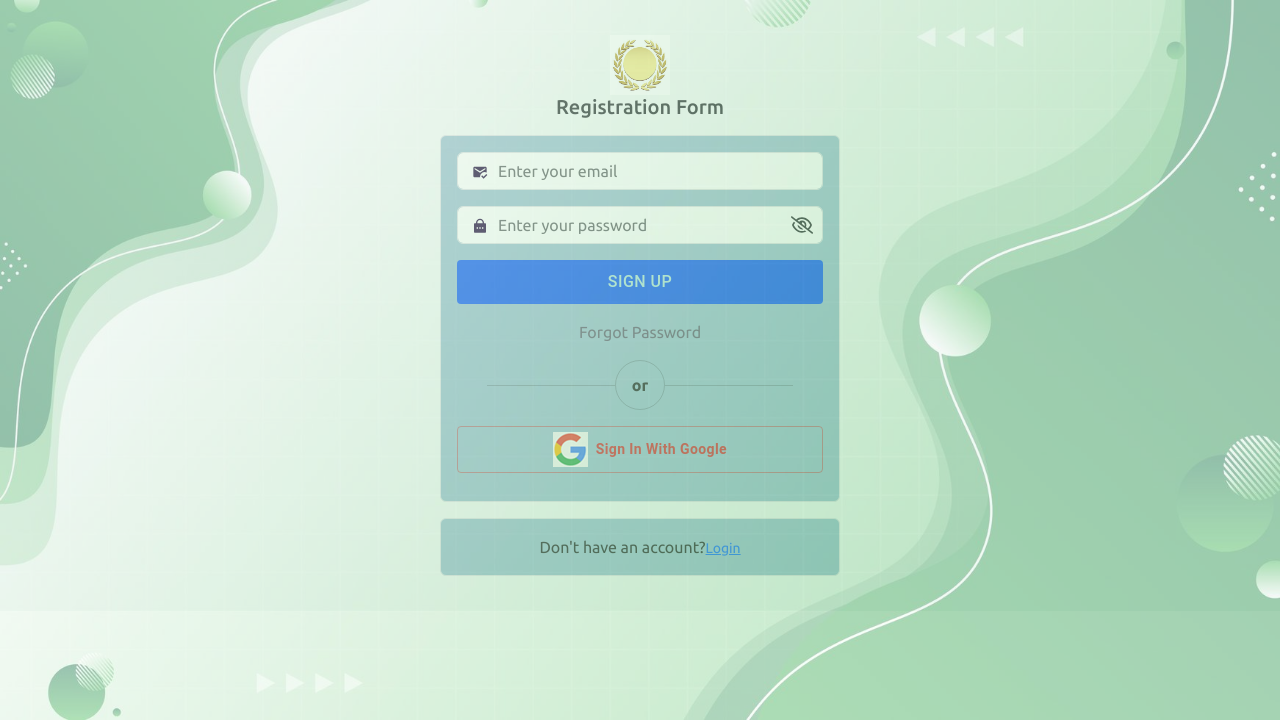
Repository: gautamsonam011/admin-react-dashboard
Page: /signup
These files come from the project's save history. The page is drawn as it stood at one moment and after the next save; the edit follows.
The browser window is 1280 px wide. The pictures show the whole page.
The project was rebuilt for these pictures with package versions that can differ from the ones it lists, and the page was loaded fresh each time. Also part of the build but not shown: src/components/DashboardBox.jsx, src/pages/Dashboard/Dashboard.jsx, src/pages/Login/index.jsx.

Above is the page before, as saved 2025-04-26 21:28:20.

### src/App.css
@import url('https://fonts.googleapis.com/css2?family=Ubuntu:ital,wght@0,300;0,400;0,500;0,700;1,300;1,400;1,500;1,700&display=swap');

body{
  font-family: "Ubuntu", sans-serif !important;
  background-color: #f4f8f7;

}

header{
  width:100%;
  height: 70px;
  background-color:#62bebe;
  position: fixed;
  top:0px;
  left:0px;
  z-index: 1000;
}
header .logo{
  text-decoration: none;
}
header .logo img{
  margin-top: 10px;
  width:45px;

}

header .logo span{
color: coral;
font-weight: bolder;
font-size: 24px;
}
header button.rounded-circle{min-width:40px !important; width:40px !important; height: 40px !important; background-color:#0ff7d8 !important; margin: 15px;}
header button.rounded-circle svg{color:rgb(29, 27, 27); font-size: 25px !important; transition: all 0.2s ease-in-out;}
header button.rounded-circle:hover svg{color: #2585d4 !important;}
.searchBox{width:400px; height: 40px; background-color:#faf9f9; border-radius: 6px;padding: 3px 15px;}
.searchBox input{background: transparent;border:0px; outline:none; padding-left: 5px; font-size: 15px; color:#292929}
.searchBox input::-webkit-input-placeholder{color:#292929}
.searchBox svg{font-size: 18px; color:#292929 ;}

.userImg{display: flex; align-items:center; justify-content: center; overflow: hidden; width:40px; height: 40px; border:1px solid #0ff7d8; padding: 2px; border-radius: 100%;}
.userImg .rounded-circle{display: flex; align-items:center; justify-content: center; overflow: hidden; width: 40px; height: 40px; cursor: pointer; position: relative;}
.userImg .rounded-circle .img{object-fit: cover; width: 100%;}
.userInfo{padding-left: 10px;}
.userInfo h5{font-size: 15px; font-weight: 600; margin-bottom:0px; color: #266666;}

#account-menu li{font-size: 14px !important;}
#account-menu li svg{font-size: 20px !important}

.dropdown-info{padding-left: 6px;}
.dropdown-info h4{font-size: 15px; font-weight:600;margin-top: 2px; white-space: break-space; line-height: 21px;}
.dropdown-info p{font-size: 10px; color: #2585d4;}


/* Style for sidebar  */

.main .sidebarWrapper{width: 20%; flex: 0 0 20%; transition: all 0.3s ease-in-out;}
.main .sidebarWrapper.toggle{width: 0%; flex: 0 0 0%;}
.btn-signin{padding: 7px 20px !important; background:#266666 !important; color: #f4f8f7 !important; font-weight: bold !important; border-radius:20px !important;}
.main .sidebarWrapper .sidebar{width:20%; height: 100vh; max-height: calc(100%-70px); position:fixed; top: 70px; left:0px; background:#b1e4dd; overflow-y: scroll; overflow-x: hidden; padding-bottom: 40px; transition: all 0.3s ease-in-out;}
.main .sidebarWrapper.toggle .sidebar{left:-100%;}

.main .sidebarWrapper .sidebar::-webkit-scrollbar-thumb{background: transparent !important; width:3px;}
.main .sidebarWrapper:hover .sidebar::-webkit-scrollbar{ background:#2585d4; width:3px;}
.main .sidebarWrapper .sidebar ul{margin-bottom:0px;}
.main .sidebarWrapper .sidebar ul li{list-style: none; margin-top:10px;}
.main .sidebarWrapper .sidebar ul li button{color:#266666; text-align: left; justify-content: left; border-radius:0px !important; padding: 12px 15px !important;
  align-items: center; text-transform: capitalize !important;font-family: "Ubuntu", sans-serif !important;
  margin-left: 0px; font-size: 15px !important;
}
.main .sidebarWrapper .sidebar ul li button .icon{display: flex; align-items:center; justify-content: center; width:25px; height:25px; margin-right: 10px;}
.main .sidebarWrapper .sidebar ul li button .icon svg{color:#292929; opacity: 0.8; font-size: 22px;}
.main .sidebarWrapper .sidebar ul li button .arrow{margin-left: auto; display: flex; align-items: center; justify-content: center; width: 25px; transition: all 0.3s ease-in-out}
.main .sidebarWrapper .sidebar ul li button:hover{background:#62bebe !important;}
.main .sidebarWrapper .sidebar ul li button.active{background: #62bebe !important;}
.main .sidebarWrapper .sidebar ul li button.active .arrow{transform: rotate(90deg);}

.main .sidebarWrapper .sidebar ul .submenu{padding: 0px 45px; position:relative; height:auto;}
.main .sidebarWrapper .sidebar ul .submenu::before{content:''; width:1px; height: 95%; position: absolute; top:0px; left:25px; background:rgba(0, 0, 0, 0.1);}
.main .sidebarWrapper .sidebar ul .submenu li{width:100%; list-style: none;}
.main .sidebarWrapper .sidebar ul .submenu li a{color:#266666 !important; text-decoration: none; font-family: "Ubuntu", sans-serif !important;
display: block; padding: 6px 0px; font-size: 14px !important; font-weight: 500; transition:all 0.3s}
.main .sidebarWrapper .sidebar ul .submenu li a:hover{color:#2585d4 !important;}

.main .sidebarWrapper .sidebar ul .submenuWrapper{transition:all 0.3s ease-in-out; height: 0px; overflow: hidden; }
.main .sidebarWrapper .sidebar ul .submenuWrapper.colapsed .submenu{opacity:0;}

.main .sidebarWrapper .sidebar ul .submenuWrapper.colapse{height:auto; overflow: inherit;}
.main .sidebarWrapper .sidebar ul .submenuWrapper.colapse .submenu{opacity:1; height:auto;}

.logoutWrapper{padding: 0px 25px;}
.logoutWrapper .logoutBox{width:100%; height:100px; padding: 25px; background:#bcd2fd; border-radius:10px; margin-bottom:20px; display:flex; align-items: center; justify-content: center;
position:relative; overflow:hidden;}
.logoutWrapper .logoutBox::before{content:''; width:50px; height:50px; background:#266666; border-radius: 100%; position:absolute; top: -20px; right: 30px; opacity:0.5}
.logoutWrapper .logoutBox::after{content:''; width:30px; height:30px; background:#266666; border-radius: 100%; position:absolute; top: -30px; left: 30px; opacity:0.5}
.logoutWrapper .logoutBox button{font-size:14px !important; font-weight: 600 !important; }
.logoutWrapper .logoutBox button svg{margin-right: 15px; font-size:18px;}

.main .content{width:80%; flex: 0 0 80%; transition: all 0.3s ease-in-out;}
.main .content.toggle{width:100%; flex: 0 0 100%;}

.dashboardBoxWrapperRow{margin-left: 20%;}
.right-content{padding: 90px 30px;}
.dashboardBoxWrapper{gap: 15px; width:100%; flex-wrap: wrap;}
.dashboardBoxWrapper .dashboardBox{width:48%; height: 170px; border-radius:10px; overflow: hidden; padding:20px; display: flex; flex-direction: column; justify-content: space-around; text-align: left !important; justify-content: flex-start;}
.dashboardBoxWrapperRow .box{width:100%; height: 100%; background:#0ff7d8;}

.dashboardBoxWrapper .dashboardBox .col1 h4{font-size: 20px; font-weight: 600;}
.dashboardBoxWrapper .dashboardBox .col1 span{font-size: 40px; font-weight: bold;}
.dashboardBoxWrapper .dashboardBox .icon { margin-left: 180px; display: flex; align-items:center; justify-content: center; width:45px; height: 45px; border-radius:5px; background-image: linear-gradient(to bottom right, rgba(0, 0, 0, 0), rgba(0, 0, 0, 0.2));}
.dashboardBoxWrapper .dashboardBox .icon svg{font-size: 45px; opacity: 0.1; color:#f4f8f7}

.dashboardBoxWrapper .dashboardBox button.toggleIcon {font-size: 22px; color:rgba(0,0,0,0.5); cursor: pointer; min-width: 40px !important; width: 40px !important; height: 40px !important; border-radius: 50% !important; margin-left: 170px; border-right: none; opacity: 0.3;}

.dashboardBoxWrapperRow .dashboardBoxWrapper .dashboardBox .chart{position:absolute; opacity: 0.1;}
.dashboardBoxWrapperRow .dashboardBoxWrapper .dashboardBox .chart svg{font-size: 150px; color: #000;}

/*  style for Login page */

.loginSection{
  width: 100%; height: 120hv; padding: 35px 25px;
  background:#f4f8f7; position: relative;
}
.loginbgimage{width:100%; height: 100%; opacity: 0.4; position: fixed; top: 0; left: 0; z-index: 99; pointer-events: none;}
.loginSection .loginBox{width: 400px; height: auto; margin: auto;}
.loginSection .loginBox .wrapper{width:100%; height: auto; background: #98becf;}
.full{max-width: 100% !important; flex: 0 0 100% !important; width: 100% !important;}
.loginSection .loginBox .wrapper .form-control{box-shadow: none !important; outline: none !important; padding-left: 40px;}
.loginSection .loginBox .wrapper .form-control:focus{border: 1px solid #0858f7 !important;}
.loginSection .loginBox .wrapper .form-group .icon{position: absolute; top: 6px; left: 15px; z-index: 100;}
.loginSection .loginBox .wrapper .form-group.focus .icon svg{color:#0858f7 !important;}
.loginSection .loginBox .wrapper .form-group .icon svg{color:#5e5d72;}
.toggleShowPassword{position: absolute; top: 5px; right: 10px; cursor: pointer;}
.toggleShowPassword svg{font-size: 22px;}
.btn-big{padding: 8px 25px !important; background:#0858f7 !important; color:#b1e4dd !important; font-size: 16px !important;}
.forgotPassword{color: #5e5d72; text-decoration: none;}
.forgotPassword:hover{color:#0858f7 !important;}
.loginSection .loginBox .wrapper .link{font-size: 14px;}
.loginSection .loginBox .wrapper .or span.line{display: block; width: 35%; height: 1px; background: rgba(0, 0, 0, 0.2);}
.loginSection .loginBox .wrapper .or span.txt{display: flex; align-items: center; justify-content: center; font-size: 16px; font-weight: 600; width: 50px; height: 50px; border: 1px solid rgba(0, 0, 0, 0.2); border-radius: 50%;}
.loginSection .loginBox .wrapper .form-group{margin-bottom: 12px;}
.loginwithGoogle{text-transform: capitalize !important; font-weight: bold !important;}
/* Registration Form */
.signupSection{}

### src/components/Sidebar/index.jsx
import Button from '@mui/material/Button';
import { RiDashboardLine } from "react-icons/ri";
import { IoIosArrowForward } from "react-icons/io";
import { TbBrandProducthunt } from "react-icons/tb";
import { TiShoppingCart } from "react-icons/ti";
import { MdOutlineMessage } from "react-icons/md";
import { IoNotifications } from "react-icons/io5";
import { MdOutlineSettings } from "react-icons/md";
import { Link } from 'react-router-dom';
import React, { useState} from "react";
import { RiLogoutCircleRLine } from "react-icons/ri";
// import { MyContext } from '../../App';

const Sidebar = () =>{
    const [activeTab, setActiveTab] = useState(0);
    const [isToggleSubmenu, setIsToggleSubmenu] = useState(false);

    // const context = useContext(MyContext);

    const isOpenSubmenu = (index) =>{
        setActiveTab(index);
        setIsToggleSubmenu(!isToggleSubmenu);


    }

    return(
        <div className="sidebar">
            <ul>
                <li>
                    <Link to="/">
                    <Button className={`w-100 ${activeTab === 0 ? 'active' : ''}`} onClick={()=>isOpenSubmenu(0)}>
                        <span className='icon'><RiDashboardLine/></span>
                        Dashboard
                        <span className="arrow"><IoIosArrowForward/></span>
                    </Button>
                    </Link>
                </li>
                <li>
                    <Button className={`w-100 ${activeTab === 1 && isToggleSubmenu===true ?  'active' : ''}`} onClick={()=>isOpenSubmenu(1)}>
                        <span className='icon'><TbBrandProducthunt/></span>
                        Products
                        <span className="arrow"><IoIosArrowForward/></span>
                    </Button>
                    <div className={`submenuWrapper ${activeTab===1 && isToggleSubmenu===true ? 'colapse':'colapsed'}`}>
                    <ul className='submenu'>
                        <li><Link to="#">Product Add</Link></li>
                        <li><Link to="#">Product List</Link></li>
                        <li><Link to="#">Product View</Link></li>
                    </ul>
                    </div>
                </li>
                <li>
                    <Link to="/">
                    <Button className={`w-100 ${activeTab === 2 ? 'active' : ''}`} onClick={()=>isOpenSubmenu(2)}>
                        <span className='icon'><TiShoppingCart/></span>
                        Orders
                        <span className="arrow"><IoIosArrowForward/></span>
                    </Button>
                    </Link>
                </li>
                <li>
                    <Link to="/">
                    <Button className={`w-100 ${activeTab === 3 ? 'active' : ''}`} onClick={()=>isOpenSubmenu(3)}>
                        <span className='icon'><MdOutlineMessage/></span>
                        Messages
                        <span className="arrow"><IoIosArrowForward/></span>
                    </Button>
                    </Link>
                </li>
                <li>
                    <Link to="/">
                    <Button className={`w-100 ${activeTab === 4 ? 'active' : ''}`} onClick={()=>isOpenSubmenu(4)}>
                        <span className='icon'><IoNotifications/></span>
                        Notifications
                        <span className="arrow"><IoIosArrowForward/></span>
                    </Button>
                    </Link>
                </li>
                <li>
                    <Link to="/">
                    <Button className={`w-100 ${activeTab === 5 ? 'active' : ''}`} onClick={()=>isOpenSubmenu(5)}>
                        <span className='icon'><MdOutlineSettings /></span>
                        Settings
                        <span className="arrow"><IoIosArrowForward/></span>
                    </Button>
                    </Link>
                </li>
            </ul>
            <br/>
            <div className="logoutWrapper">
                <div className="logoutBox">
            <Button variant="outlined"> <RiLogoutCircleRLine/>Logout</Button>
            </div>
            </div>
        </div>
    )
}

export default Sidebar

### src/pages/SignUp/index.jsx
import logo from '../../assests/images/logo.jpg';
import bgImage from '../../assests/bg.jpg';

import { MyContext } from '../../App';
import { useContext, useEffect, useState } from 'react';
import { MdMarkEmailRead } from "react-icons/md";
import { RiLockPasswordFill } from "react-icons/ri";
import { FaRegEyeSlash } from "react-icons/fa6";
import { FaEye } from "react-icons/fa";
import Button from '@mui/material/Button';
import { Link } from 'react-router-dom';
import google from "../../assests/images/google.png";

const SignUp = () => {
    const context = useContext(MyContext);
    const [inputIndex, setInputIndex] = useState(null);
    const [isShowPassword, setisShowPassword] = useState(false);
    const focusInput = (index) => {
        setInputIndex(index);
    }

    useEffect(() => {
        context.setisHideSidebarHeader(true);
    }, []);

    return (
        <>
            <img src={bgImage} className='loginbgimage' alt="bgimage" />
            <section className="loginSection signupSection">

                <div className="loginBox">
                    <div className="loginLogo text-center">
                        <img src={logo} alt="Logo" width="60px" />
                        <h5 className='font-weight-bold'>Registration Form</h5>
                    </div>

                    <div className='wrapper mt-3 card border p-3'>
                        <form>
                            <div className={`form-group mb-3 position-relative ${inputIndex === 0 && 'focus'}`}>
                                <span className="icon"><MdMarkEmailRead /></span>
                                <input type="email" className='form-control' placeholder='Enter your email' onFocus={() => focusInput(0)} onBlur={() => setInputIndex(null)} />
                            </div>
                            <div className={`form-group mb-3 position-relative ${inputIndex === 1 && 'focus'}`}>
                                <span className="icon"><RiLockPasswordFill /></span>
                                <input type={`${isShowPassword === true ? 'text' : 'password'}`} className='form-control' placeholder='Enter your password' onFocus={() => focusInput(1)} onBlur={() => setInputIndex(null)} />
                                <span className="toggleShowPassword" onClick={() => setisShowPassword(!isShowPassword)}>
                                    {
                                        isShowPassword === true ? <FaEye /> : <FaRegEyeSlash />
                                    }

                                </span>
                            </div>
                            <div className='form-group'>
                                <Button className="btn-lg w-100 btn-big">Sign Up</Button>
                            </div>
                            <div className='form-group text-center mt-3'>
                                <Link to={'forgot-password'} className="forgotPassword">Forgot Password</Link>
                                <div className='d-flex align-items-center justify-content-center or mt-3 mb-3'>
                                    <span className='line'></span>
                                    <span className='txt'>or</span>
                                    <span className='line'></span>
                                </div>

                                <Button variant="outlined" color="error" className='w-100 btn-lg loginwithGoogle'><img src={google} /> &nbsp; Sign In with Google</Button>
                            </div>
                        </form>
                    </div>
                    <div className='wrapper mt-3 card border p-3 footer'>
                        <span className='text-center'>
                            Don't have an account?
                            <Link to={'/login'} className='link color ml-2'>Login</Link>
                        </span>
                    </div>
                </div>
            </section>
        </>
    )
}
export default SignUp;

### src/components/SearchBox.jsx
import { FaSearch } from "react-icons/fa";

const SearchBox = () =>{
    return (
        <div className="searchBox position-relative d-flex align-items-center">
            <FaSearch className="mr-2" />
            <input type="text" placeholder="Search here"  />
        </div>
    )
}

export default SearchBox;

Loaded but not shown: public/index.html (common file); src/index.js (common file); src/reportWebVitals.js (common file); src/App.js (59 lines, source omitted); src/components/Header/index.jsx (239 lines, source omitted)

After the next save:
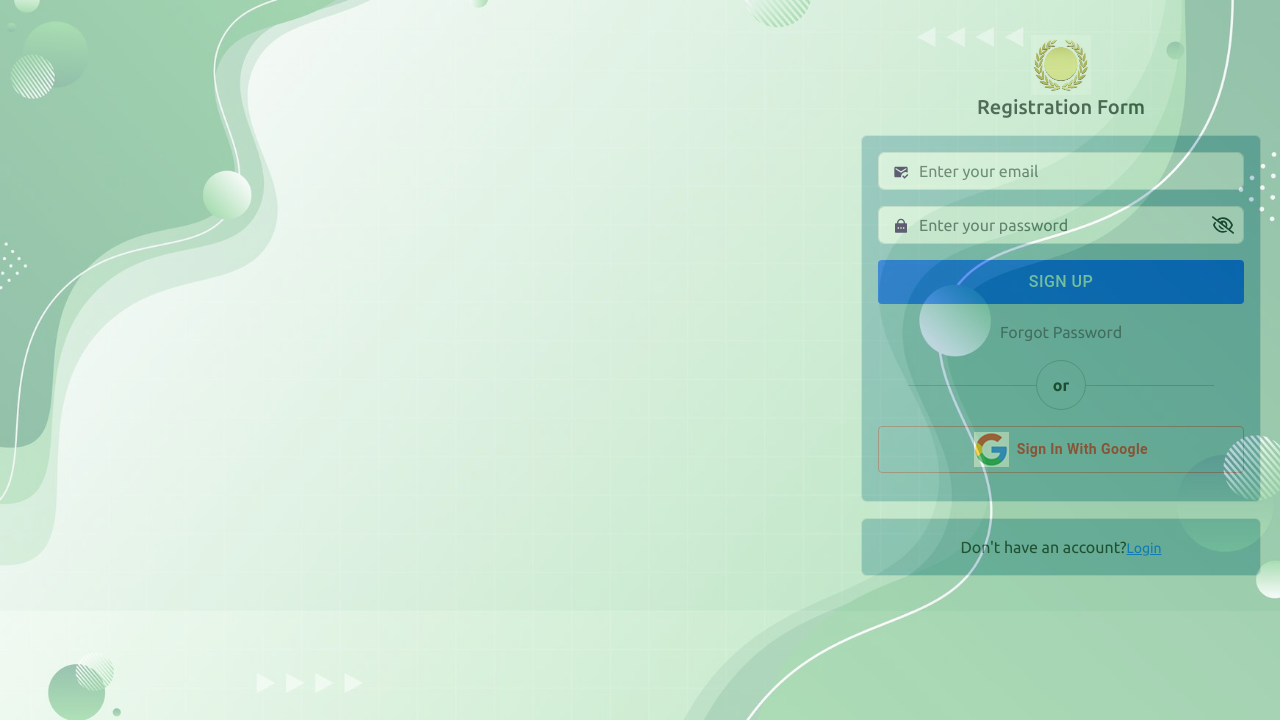
Saved 2 min 0 s later.
--- a/src/pages/SignUp/index.jsx
+++ b/src/pages/SignUp/index.jsx
@@ -27,51 +27,58 @@ const SignUp = () => {
         <>
             <img src={bgImage} className='loginbgimage' alt="bgimage" />
             <section className="loginSection signupSection">
+                <div className='row'>
+                    <div className='col-md-8'>
 
-                <div className="loginBox">
-                    <div className="loginLogo text-center">
-                        <img src={logo} alt="Logo" width="60px" />
-                        <h5 className='font-weight-bold'>Registration Form</h5>
                     </div>
+                    <div className='col-md-4'>
+                        <div className="loginBox">
+                            <div className="loginLogo text-center">
+                                <img src={logo} alt="Logo" width="60px" />
+                                <h5 className='font-weight-bold'>Registration Form</h5>
+                            </div>
 
-                    <div className='wrapper mt-3 card border p-3'>
-                        <form>
-                            <div className={`form-group mb-3 position-relative ${inputIndex === 0 && 'focus'}`}>
-                                <span className="icon"><MdMarkEmailRead /></span>
-                                <input type="email" className='form-control' placeholder='Enter your email' onFocus={() => focusInput(0)} onBlur={() => setInputIndex(null)} />
+                            <div className='wrapper mt-3 card border p-3'>
+                                <form>
+                                    <div className={`form-group mb-3 position-relative ${inputIndex === 0 && 'focus'}`}>
+                                        <span className="icon"><MdMarkEmailRead /></span>
+                                        <input type="email" className='form-control' placeholder='Enter your email' onFocus={() => focusInput(0)} onBlur={() => setInputIndex(null)} />
+                                    </div>
+                                    <div className={`form-group mb-3 position-relative ${inputIndex === 1 && 'focus'}`}>
+                                        <span className="icon"><RiLockPasswordFill /></span>
+                                        <input type={`${isShowPassword === true ? 'text' : 'password'}`} className='form-control' placeholder='Enter your password' onFocus={() => focusInput(1)} onBlur={() => setInputIndex(null)} />
+                                        <span className="toggleShowPassword" onClick={() => setisShowPassword(!isShowPassword)}>
+                                            {
+                                                isShowPassword === true ? <FaEye /> : <FaRegEyeSlash />
+                                            }
+
+                                        </span>
+                                    </div>
+                                    <div className='form-group'>
+                                        <Button className="btn-lg w-100 btn-big">Sign Up</Button>
+                                    </div>
+                                    <div className='form-group text-center mt-3'>
+                                        <Link to={'forgot-password'} className="forgotPassword">Forgot Password</Link>
+                                        <div className='d-flex align-items-center justify-content-center or mt-3 mb-3'>
+                                            <span className='line'></span>
+                                            <span className='txt'>or</span>
+                                            <span className='line'></span>
+                                        </div>
+
+                                        <Button variant="outlined" color="error" className='w-100 btn-lg loginwithGoogle'><img src={google} /> &nbsp; Sign In with Google</Button>
+                                    </div>
+                                </form>
                             </div>
-                            <div className={`form-group mb-3 position-relative ${inputIndex === 1 && 'focus'}`}>
-                                <span className="icon"><RiLockPasswordFill /></span>
-                                <input type={`${isShowPassword === true ? 'text' : 'password'}`} className='form-control' placeholder='Enter your password' onFocus={() => focusInput(1)} onBlur={() => setInputIndex(null)} />
-                                <span className="toggleShowPassword" onClick={() => setisShowPassword(!isShowPassword)}>
-                                    {
-                                        isShowPassword === true ? <FaEye /> : <FaRegEyeSlash />
-                                    }
-
+                            <div className='wrapper mt-3 card border p-3 footer'>
+                                <span className='text-center'>
+                                    Don't have an account?
+                                    <Link to={'/login'} className='link color ml-2'>Login</Link>
                                 </span>
                             </div>
-                            <div className='form-group'>
-                                <Button className="btn-lg w-100 btn-big">Sign Up</Button>
-                            </div>
-                            <div className='form-group text-center mt-3'>
-                                <Link to={'forgot-password'} className="forgotPassword">Forgot Password</Link>
-                                <div className='d-flex align-items-center justify-content-center or mt-3 mb-3'>
-                                    <span className='line'></span>
-                                    <span className='txt'>or</span>
-                                    <span className='line'></span>
-                                </div>
-
-                                <Button variant="outlined" color="error" className='w-100 btn-lg loginwithGoogle'><img src={google} /> &nbsp; Sign In with Google</Button>
-                            </div>
-                        </form>
-                    </div>
-                    <div className='wrapper mt-3 card border p-3 footer'>
-                        <span className='text-center'>
-                            Don't have an account?
-                            <Link to={'/login'} className='link color ml-2'>Login</Link>
-                        </span>
+                        </div>
                     </div>
                 </div>
+
             </section>
         </>
     )
